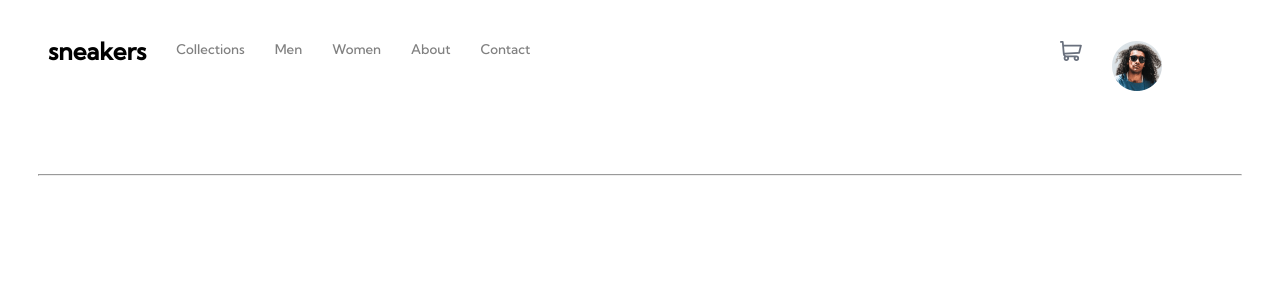
Repository: Abhi2359/frontendchallenge-2
Page: /
The author's editor kept a copy of each file at every save. The page is drawn from the files as they stood at one save, then again after a run of saves.
The browser window is 1280 px wide. The pictures show the whole page.
The project was rebuilt for these pictures with package versions that can differ from the ones it lists, and the page was loaded fresh each time.

Above is the page before, as saved 2023-02-11 00:34:17.

After the next 4 saves:
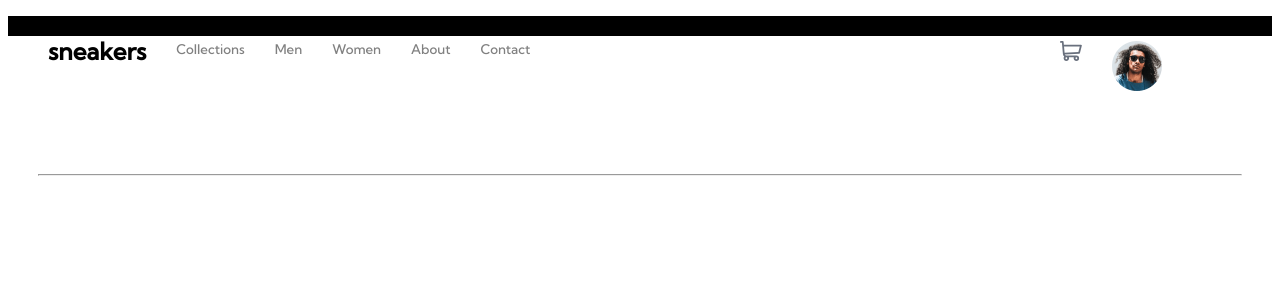
The 4 saves are shown as one change because they came seconds apart.
The last was saved 11 s later.
--- a/src/components/Navbar/Navbar.css
+++ b/src/components/Navbar/Navbar.css
@@ -12,7 +12,7 @@
 }
 .navbar{
     height: 20px;
-    background-clip: ;
+    background-color: black;
 }
 .navbar ul{
     display: flex;
